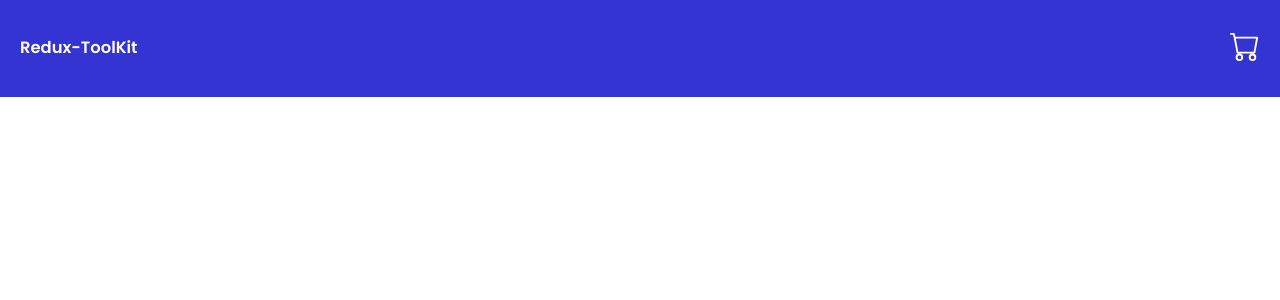
Repository: OmniaRafat232111121/shoppingCart
Page: /
These files come from the project's save history. The page is drawn as it stood at one moment and after a run of saves; the edit follows.
The browser window is 1280 px wide. The pictures show the whole page.
The project was rebuilt for these pictures with package versions that can differ from the ones it lists, and the page was loaded fresh each time. Also part of the build but not shown: src/App.css.

Above is the page before, as saved 2023-02-07 01:48:50.

### src/index.js
import React from 'react';
import ReactDOM from 'react-dom/client';
import './index.css';
import App from './App';
import { Provider } from 'react-redux';
import { store } from './store';
const root = ReactDOM.createRoot(document.getElementById('root'));
root.render(
  <React.StrictMode>
    <Provider store={store}>
      <App />
    </Provider>
  </React.StrictMode>
);

### src/index.css
@import url('https://fonts.googleapis.com/css2?family=Poppins:ital,wght@0,100;0,200;0,600;1,100;1,200;1,500;1,600&display=swap');
body {
  margin:0;
  padding:0;
  box-sizing: border-box;
  line-height: 1.5;
  font-size: 0.875rem;
  font-family: 'Poppins', sans-serif;
}
nav{
  background-color: rgb(52, 52, 211);
  padding:20px 20px;
}
.nav-center{
  display: flex;
  align-items: center;
  justify-content: space-between;
  width:100%;
  color:#fff;
  margin:0 auto;
}
.nav-center h3{

}

### src/App.js
import './App.css';
import Navbar from './Component/Navbar';

function App() {
  return (
    <div className="App">
  <Navbar/>
    </div>
  );
}

export default App;

### src/store.js
import { configureStore } from "@reduxjs/toolkit";
import cartReducer from './features/cart/cartSlice'
export const store = configureStore({
    reducer: {
        cart:cartReducer
    }
})

### src/Component/Navbar.js
import React from 'react'
import { useSelector } from 'react-redux';
import {BsCart} from 'react-icons/bs'
const Navbar = () => {
    const {amount}=useSelector((state)=>state.cart)
  return (
      <>
          <nav>
              <div className='nav-center'>
                  <h3>Redux-ToolKit</h3>
                  <div className='nav-container'>
                      <BsCart size={30}/>
                  </div>

              </div>
          </nav>
      </>
  )
}

export default Navbar

### src/features/cart/cartSlice.js
import { createSlice } from "@reduxjs/toolkit";
const initialState = {
    cartItems: [],
    amount: 0,
    total: 0,
    isLoading:true
}
  const cartSlice = createSlice({
    name: 'cart',
    initialState,
})
console.log(cartSlice)
export default cartSlice.reducer

Loaded but not shown: public/index.html (common file)

After the next 3 saves:
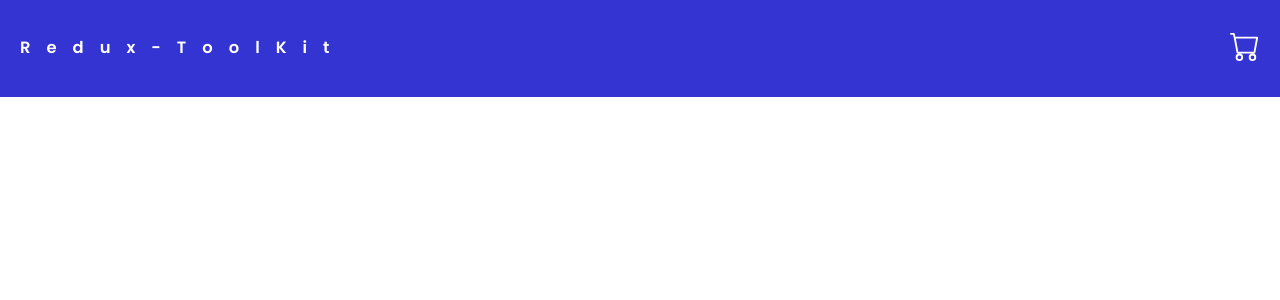
The 3 saves are shown as one change because they came seconds apart.
The last was saved 12 s later.
--- a/src/index.css
+++ b/src/index.css
@@ -20,5 +20,5 @@
   margin:0 auto;
 }
 .nav-center h3{
-
+  letter-spacing: 1rem;
 }
